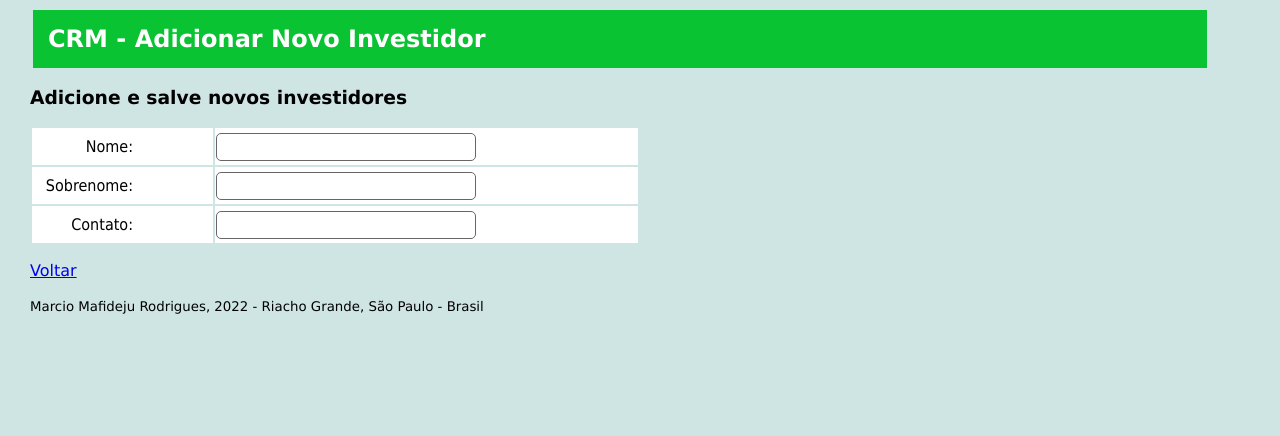
Repository: mafideju/CustomerTracker
Page: http://localhost/web-customer-tracker/WEB-INF/view/customer-form.jsp
The author's editor kept a copy of each file at every save. The page is drawn from the files as they stood at one save, then again after the next save.
The browser window is 1280 px wide. The pictures show the whole page.
The page is served by Tomcat 9. Nobody is signed in. The template is opened directly, without the code that normally fills it, so the values that code supplies are empty.

Above is the page before, as saved 2022-01-26 19:18:08.

After the next save:
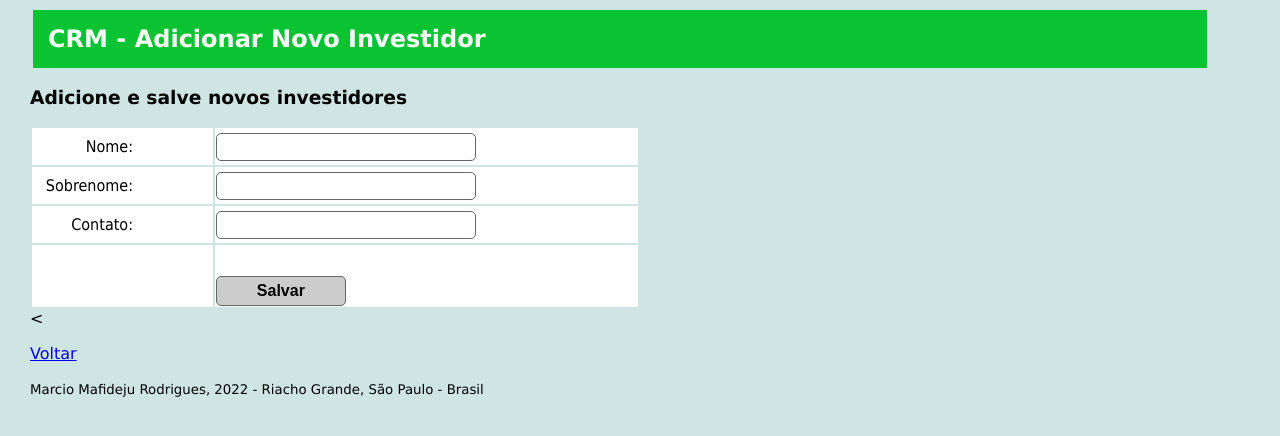
Saved 6 min 37 s later.
--- a/web-customer-tracker/WebContent/WEB-INF/view/customer-form.jsp
+++ b/web-customer-tracker/WebContent/WEB-INF/view/customer-form.jsp
@@ -34,8 +34,13 @@
 							<td><label>Contato: </label></td>
 							<td><form:input path="email"/></td>
 						</tr>
+						<tr>
+							<td><label></label></td>
+							<td><form:input type="submit" value="Salvar" class="save" /></td>
+						</tr>
 						</tbody>
 					</table>
+					<
 				</form:form>
 				<div style="clear; both"></div>
 				<p><a href="${pageContext.request.contextPath}/customer/list">Voltar</a></p>
